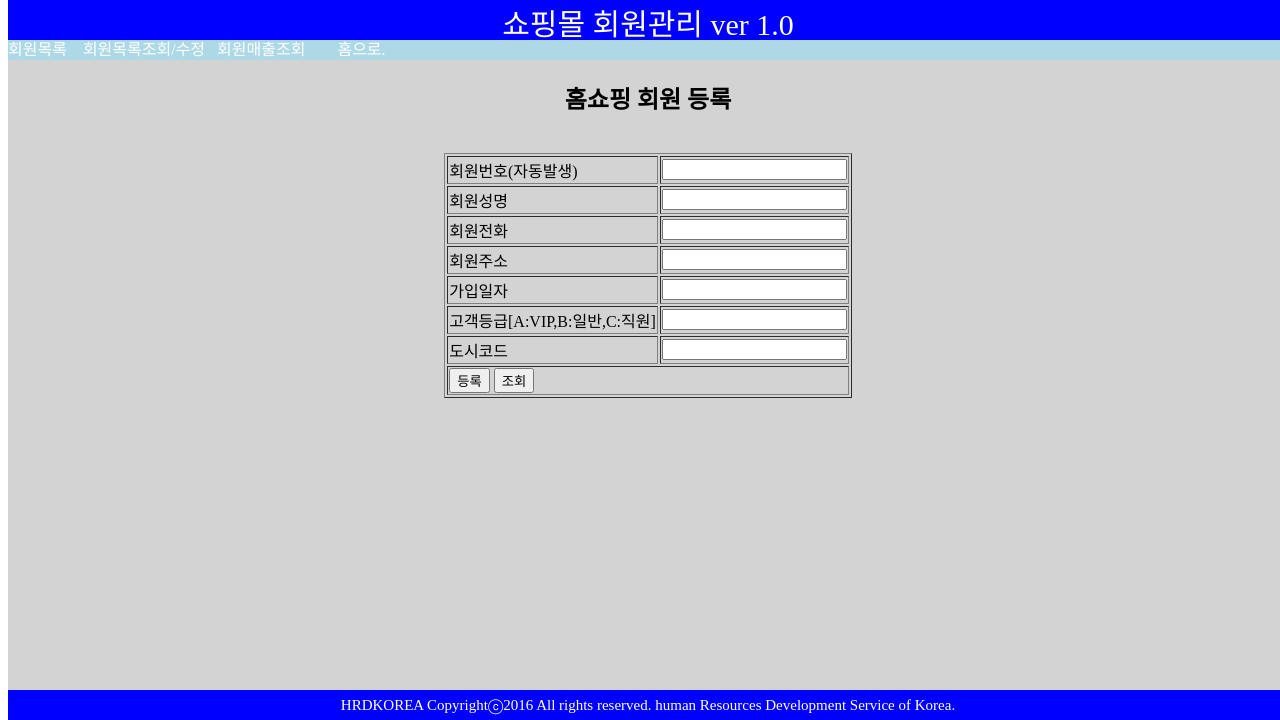
Repository: RnfElwl/youtube_infoT
Page: http://localhost/HRD_30812/join.jsp
An editor plug-in stored every save of this project. The page is shown before and after the next save, followed by the edit.
The browser window is 1280 px wide. The pictures show the whole page.
The page is served by Tomcat 9. Other server files are loaded and not shown.

Above is the page before, as saved 2022-03-11 13:48:59.

### HRD_30812/src/main/webapp/join.jsp
<%@ page language="java" contentType="text/html; charset=UTF-8"
    pageEncoding="UTF-8"%>
<!DOCTYPE html>
<html>
<head>
<meta charset="UTF-8">
<title>join</title>
</head>
<body>
<jsp:include page="header.jsp"></jsp:include>
	<section style="position:fixed; top:60px; width:100%; height:100%; background-color:lightgray ">
	 <h2 style="text-align:center">홈쇼핑 회원 등록</h2><br>
	 <form name="frm" style="display:flex; justify-content: center; align-items: center;">
	 <table border="1">
	 <tr>
	 	<td>회원번호(자동발생)</td>
	 	<td><input type="text" name="custnum"></td>
	 </tr>
	 <tr>
	 	<td>회원성명</td>
	 	<td><input type="text" name="custname"></td>
	 </tr>
	 <tr>
	 	<td>회원전화</td>
	 	<td><input type="text" name="phone"></td>
	 </tr>
	 <tr>
	 	<td>회원주소</td>
	 	<td><input type="text" name="address"></td>
	 </tr>
	 <tr>
	 	<td>가입일자</td>
	 	<td><input type="text" name="joindate"></td>
	 </tr>
	 <tr>
	 	<td>고객등급[A:VIP,B:일반,C:직원]</td>
	 	<td><input type="text" name="grade"></td>
	 </tr>
	 <tr>
	 	<td>도시코드</td>
	 	<td><input type="text" name="city"></td>
	 </tr>
	 <tr>
	 	<td colspan="2">
	 		<input type="submit" value="등록">
	 		<input type="button" value="조회">
	 	</td>
	 </tr>
	 </table>
	 </form>
	 </section>
	 <jsp:include page="footer.jsp"></jsp:include>

</body>
</html>

### HRD_30812/src/main/webapp/header.jsp
<%@ page language="java" contentType="text/html; charset=UTF-8"
    pageEncoding="UTF-8"%>
<!DOCTYPE html>
<html>
<head>
<meta charset="UTF-8">
<title>header</title>
</head>
<body>
<header style="position:fixed; top:0px; width:100%; height:40px;
	background-color:blue; color:white; font-size:30px; text-align:center;
	 line-height:40px '"> 쇼핑몰 회원관리 ver 1.0</header>
	 <nav style="position:fixed; top:40px; width:100%; height:20px;
	background-color:lightblue; color:white; line-height:20px ">
	회원목록 &nbsp;&nbsp; 회원목록조회/수정 &nbsp;&nbsp;회원매출조회 &nbsp; &nbsp; &nbsp; &nbsp;홈으로.</nav>
</body>
</html>

### HRD_30812/src/main/webapp/footer.jsp
<%@ page language="java" contentType="text/html; charset=UTF-8"
    pageEncoding="UTF-8"%>
<!DOCTYPE html>
<html>
<head>
<meta charset="UTF-8">
<title>footer</title>
</head>
<body>
	<footer style="position:fixed; bottom:0px; width:100%; height:30px;
	background-color:blue; color:white; text-align:center; line-height:30px; font-size:15px ">
	 HRDKOREA Copyrightⓒ2016 All rights reserved. human Resources Development Service of Korea.
	 </footer>
</body>
</html>

After the next save:
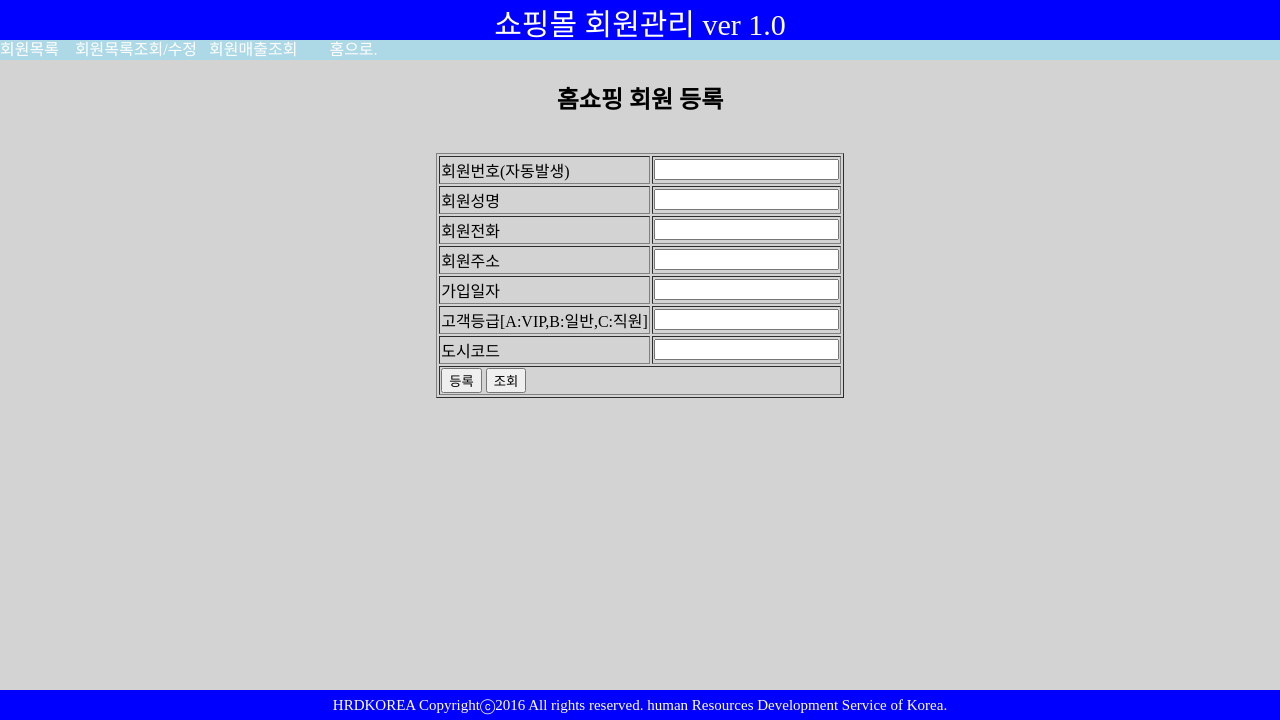
Saved 49 s later.
--- a/HRD_30812/src/main/webapp/join.jsp
+++ b/HRD_30812/src/main/webapp/join.jsp
@@ -6,7 +6,7 @@
 <meta charset="UTF-8">
 <title>join</title>
 </head>
-<body>
+<body style="margin:0; padding:0">
 <jsp:include page="header.jsp"></jsp:include>
 	<section style="position:fixed; top:60px; width:100%; height:100%; background-color:lightgray ">
 	 <h2 style="text-align:center">홈쇼핑 회원 등록</h2><br>
